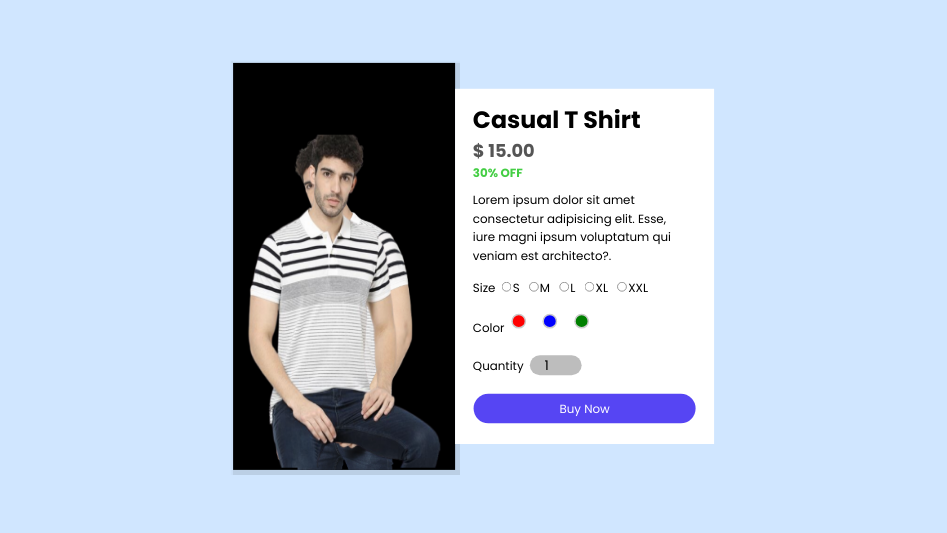
Repository: Ankitkr2021/Product-Page
Page: index.html
The author's editor kept a copy of each file at every save. The page is drawn from the files as they stood at one save, then again after the next save.
The browser window is 1280 px wide. The pictures show the whole page, at 74% of full size.

Above is the page before, as saved 2025-10-25 14:55:30.

### index.html
<!DOCTYPE html>
<html lang="en">
<head>
    <meta charset="UTF-8">
    <meta name="viewport" content="width=device-width, initial-scale=1.0">
    <title>Product Page Design</title>
    <link rel="stylesheet" href="./style.css">
</head>
<body>
    <div class="main">
    <div class="left">
    <div class="image1"><img src="./images/image1.png" alt=""></div>
    <div class="image2"><img src="./images/image2.png" alt=""></div>
    <div class="image3"><img src="./images/image3.png" alt=""></div>
    </div>
    <div class="right">
        <h1>Casual T Shirt</h1>
        <h2>$ 15.00</h2>
        <h4>30% OFF</h4>
        <p>Lorem ipsum dolor sit amet consectetur adipisicing elit. Esse, iure magni ipsum voluptatum qui veniam est architecto?.</p>

        <div class="size"> Size
        <label><input type="radio" name="size" value="s">S</label>
        <label><input type="radio" name="size" value="m">M</label>
        <label><input type="radio" name="size" value="l">L</label>
        <label><input type="radio" name="size" value="xl">XL</label>
        <label><input type="radio" name="size" value="xxl">XXL</label>
        </div>

        <div class="color">
        Color
         <input type="radio" id="red" name="color" value="red">
  <label for="red"></label>
  <input type="radio" id="blue" name="color" value="blue">
  <label for="blue"></label>

  <input type="radio" id="green" name="color" value="green">
  <label for="green"></label>
        </div>

        <div class="quantity">
            Quantity
            <label><input type="number" id="qty" name="qty" min="1" max="10" value="1"></label>
        </div>

        <button> Buy Now</button>
    </div>
    </div>
</body>
</html>

### style.css
@import url("https://fonts.googleapis.com/css2?family=Poppins:wght@400;700&display=swap");

*{
    margin: 0;
    padding: 0;
    box-sizing: border-box;
    font-family: "Poppins",sans-serif;
}

.main {
    display: flex;
    align-items: center;
    justify-content: center;
    height: 100vh;
    width: 100%;
    background: rgba(187, 219, 255, 0.692);
}

.left {
    height: 550px;
    width: 300px;
    background: #000;
    box-shadow: 2px 2px 2px 5px rgba(0,0,0,0.1);
}

img {
    margin-top: 100px;
    height: 450px;
    width: 300px;
}


.image2 {
  position: relative;
  bottom: 560px;
  height: 450px;
  width: 300px;
  z-index: -1;
}

.image3 {
  position: relative;
  bottom: 1010px;
  height: 450px;
  width: 300px;
  z-index: 1;
}

.right{
    height: 480px;
    width: 350px;
    background: #fff;
}

.right h1 {
    padding: 18px 12px 0 24px;
}

.right h2 {
    padding: 0 12px 0 24px;
    color: rgb(85, 85, 85);
}

.right h4 {
    padding: 0 12px 12px 24px;
    color: rgb(68, 206, 68);
}

.right p {
    width: 310px;
    padding: 0px 12px 0 24px ;
}

.size {
    padding: 18px 12px 0 24px;
}

input[type="radio"][name="size"] {
  margin-right: 2px;
}

.color input[type="radio"] {
  appearance: none;              /* remove default browser look */
  -webkit-appearance: none;      /* for Safari */
  -moz-appearance: none;         /* for Firefox */
  width: 20px;
  height: 20px;
  border-radius: 50%;            /* make it a circle */
  border: 2px solid #ccc;        /* border around circle */
  cursor: pointer;
  margin: 5px;
  outline: none;
  transition: 0.2s ease;
}

/* custom colors by value */
.color input[value="red"] {
  background: red;
}

.color input[value="blue"] {
  background: blue;
}

.color input[value="green"] {
  background: green;
}

.color {
    padding: 18px 12px 0 24px;
}

/* Highlight selected */
.color input[type="radio"]:checked {
  border-color: 0.1px solid #000;
  box-shadow: 0 0 0 2px white inset, 0 0 0 1px black;
}

.quantity {
    padding: 14px 12px 0 24px;
    margin-top: 10px;
}

.quantity input {
    border-radius: 15px;
    padding-left: 20px;
    font-size: 18px;
    background: rgba(128, 128, 128, 0.518);
    border: none;
    outline: none;
    width: 70px;
}

button {
    display: flex;
    align-items: center;
    justify-content: center;
    padding: 14px 12px 0 24px;
    margin: 25px;
    width: 300px;
    height: 40px;
    padding: 10px;
    border-radius: 25px;
    border: none;
    background: rgb(86, 69, 243);
    color: #fff;
    font-size: 16px;
    cursor: pointer;
}




.right label {
    padding: 4px ;
}

After the next save:
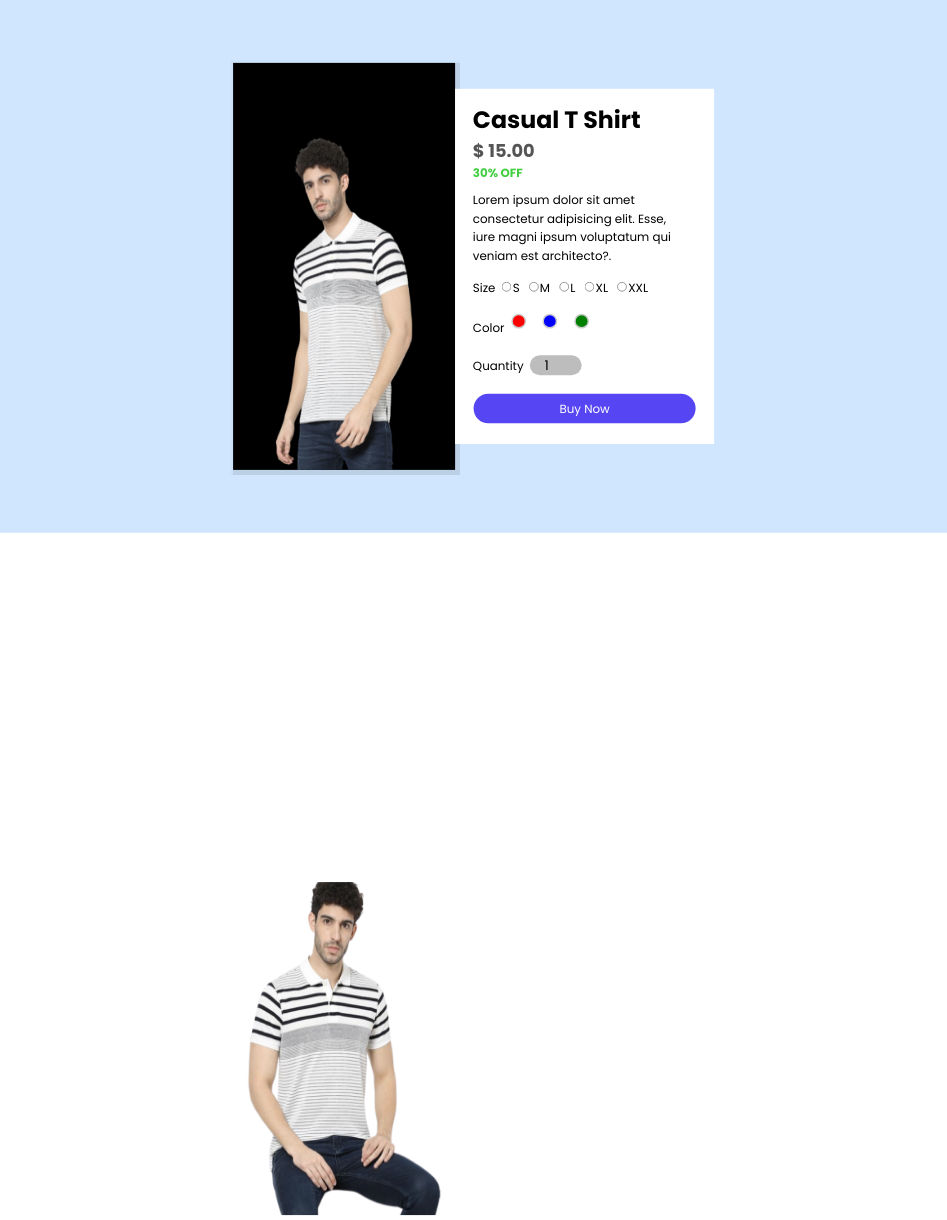
Saved 5 s later.
--- a/style.css
+++ b/style.css
@@ -38,13 +38,6 @@ img {
   z-index: -1;
 }
 
-.image3 {
-  position: relative;
-  bottom: 1010px;
-  height: 450px;
-  width: 300px;
-  z-index: 1;
-}
 
 .right{
     height: 480px;
